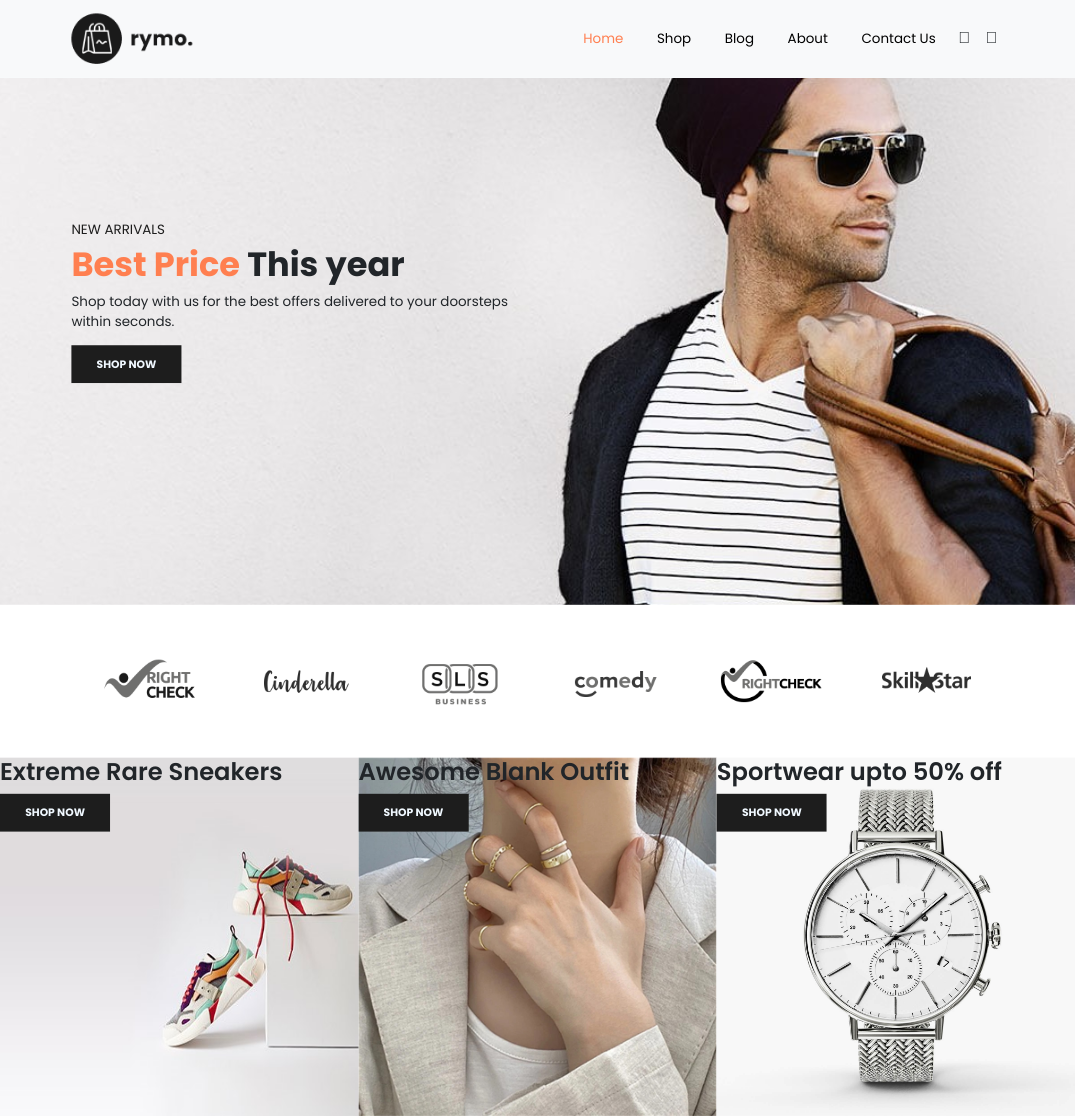
Repository: peter417waweru/e-commerce-UI
Page: index.html
An editor plug-in stored every save of this project. The page is shown before and after the next save, followed by the edit.
The browser window is 1280 px wide. The pictures show the whole page, at 84% of full size.
The pointer rests on the first visible `#new .one`.
Some web libraries are served in a nearby version.

Above is the page before, as saved 2025-02-07 20:31:23.

### index.html
<!DOCTYPE html>
<html lang="en">

    <head>
        <meta charset="UTF-8">
        <meta http-equiv="X-UA-Compatible" content="IE=edge">
        <meta name="viewport" content="width=device-width, initial-scale=1.0">
        <title>Ecommerce Website1</title>

        <link rel="stylesheet" href="https://cdn.jsdelivr.net/npm/bootstrap@4.1.3/dist/css/bootstrap.min.css"
         integrity="sha384-MCw98/SFnGE8fJT3GXwEOngsV7Zt27NXFoaoApmYm81iuXoPkFOJwJ8ERdknLPMO" crossorigin="anonymous">

        <link rel="stylesheet" href="https://pro.fontawesome.com/releases/v5.10.0/css/all.css" />

        <link rel="stylesheet" href="./style.css">
    </head>

    <body>

        <nav class="navbar navbar-expand-lg navbar-light bg-light py-3 fixed-top">
            <div class="container">
              <img src="img/logo1.png" alt="">
              <button class="navbar-toggler" type="button" data-bs-toggle="collapse" data-bs-target="#navbarSupportedContent" aria-controls="navbarSupportedContent" aria-expanded="false" aria-label="Toggle navigation">
                <span><i id="bar" class="fas fa-bars"></i></span>
              </button>
              <div class="collapse navbar-collapse" id="navbarSupportedContent">
                <ul class="navbar-nav ml-auto">
                  <li class="nav-item">
                    <a class="nav-link active" aria-current="page" href="#">Home</a>
                  </li>
                  <li class="nav-item">
                    <a class="nav-link" aria-current="page" href="#">Shop</a>
                  </li>
                  <li class="nav-item">
                    <a class="nav-link" aria-current="page" href="#">Blog</a>
                  </li>
                  <li class="nav-item">
                    <a class="nav-link" aria-current="page" href="#">About</a>
                  </li>
                  <li class="nav-item">
                    <a class="nav-link" aria-current="page" href="#">Contact Us</a>
                  </li>
                  <li class="nav-item">
                    <i class="fal fa-search"></i>
                    <i class="fal fa-shopping-bag"></i>
                  </li>


                </ul>

              </div>
            </div>
        </nav>


        <section id="home">
          <div class="container">
            <h5>NEW ARRIVALS</h5>
            <h1><span>Best Price</span> This year</h1>
            <p>Shop today with us for the best offers delivered to your doorsteps <br>
               within seconds.
            </p>
            <button>Shop Now</button>
          </div>
        </section>

        <section id="brand" class="container">
          <div class="row m-0 py-5">
            <img class="img-fluid col-lg-2 col-md-4 col-sm-6" src="img/brand/1.png" alt="">
            <img class="img-fluid col-lg-2 col-md-4 col-sm-6" src="img/brand/2.png" alt="">
            <img class="img-fluid col-lg-2 col-md-4 col-sm-6" src="img/brand/3.png" alt="">
            <img class="img-fluid col-lg-2 col-md-4 col-sm-6" src="img/brand/4.png" alt="">
            <img class="img-fluid col-lg-2 col-md-4 col-sm-6" src="img/brand/5.png" alt="">
            <img class="img-fluid col-lg-2 col-md-4 col-sm-6" src="img/brand/6.png" alt="">
          </div>
        </section>

        <section id="new" class="w-100">
          <div class="row p-0 m-0">
            <div class="one col-lg-4 col-md-12 col-sm-12 p-0">
              <img class="img-fluid" src="img/new/1.jpg" alt="">
              <div class="details">
                <h2>Extreme Rare Sneakers</h2>
                <button class="text-uppercase">shop now</button>
              </div>
            </div>
            <div class="one col-lg-4 col-md-12 col-sm-12 p-0">
              <img class="img-fluid" src="img/new/5.jpg" alt="">
              <div class="details">
                <h2>Awesome Blank Outfit</h2>
                <button class="text-uppercase">shop now</button>
              </div>
            </div>
            <div class="one col-lg-4 col-md-12 col-sm-12 p-0">
              <img class="img-fluid" src="img/new/3.jpg" alt="">
              <div class="details">
                <h2>Sportwear upto 50% off</h2>
                <button class="text-uppercase">shop now</button>
              </div>
            </div>
          </div>

        </section>
        <script src="https://cdn.jsdelivr.net/npm/@popperjs/core@2.9.1/dist/umd/popper.min.js"
            integrity="sha384-SR1sx49pcuLnqZUnnPwx6FCym0wLsk5JZuNx2bPPENzswTNFaQU1RDvt3wT4gWFG"
            crossorigin="anonymous"></script>
        <script src="https://cdn.jsdelivr.net/npm/bootstrap@5.0.0-beta3/dist/js/bootstrap.min.js"
            integrity="sha384-j0CNLUeiqtyaRmlzUHCPZ+Gy5fQu0dQ6eZ/xAww941Ai1SxSY+0EQqNXNE6DZiVc"
            crossorigin="anonymous"></script>
    </body>

</html>

### style.css
@import url("https://fonts.googleapis.com/css2?family=Poppins:wght@100;200;300;400;500;600;700;800;900&display=swap");
* {
  margin: 0;
  padding: 0;
  box-sizing: border-box;
}

body {
  font-family: "Poppins", sans-serif;
}

h1 {
  font-size: 2.5rem;
  font-weight: 700;
}

h2 {
  font-size: 1.8rem;
  font-weight: 600;
}

h3 {
  font-size: 1.4rem;
  font-weight: 800;
}

h4 {
  font-size: 1.1rem;
  font-weight: 600;
}

h5 {
  font-size: 1rem;
  font-weight: 400;
  color: #1d1d1d;
}

h6 {
  color: #d8d8d8;
}

button {
  font-size: 0.8rem;
  font-weight: 700;
  outline: none;
  border: none;
  background-color: #1d1d1d;
  color: aliceblue;
  padding: 13px 30px;
  cursor: pointer;
  text-transform: uppercase;
  transition: 0.3s ease;
}

button:hover {
  background-color: #3a3833;
}

hr {
  width: 30px;
  height: 2px;

}

.navbar {
  font-size: 16px;
  background-color: #d8d8d8;
  top: 0;
  left: 0;
}

.navbar-light .navbar-nav .nav-link{
  padding: 0 20px;
  color: black;
  transition: 0.3s ease;
}

.navbar-light .navbar-nav .nav-link:hover,
.navbar i:hover,
.navbar-light .navbar-nav .nav-link.active,
.navbar i.active
{
  color: coral;
}



.navbar i{
  font-size: 1.2rem;
  padding: 0 7px;
  cursor: pointer;
  transition: 0.3s ease;
}

/* Mobile Nav*/


.navbar-light .navbar-toggler{
  border: none;
  outline: none;
}

#bar {
  font-size: 1.5rem;
  padding: 7px;
  cursor: pointer;
  font-weight: 500;
  color: black;
  transition: 0.3s ease;
}

#bar:hover,
#bar.active{
  color: #fff;
}

@media only screen and (max-width: 990px) {

  body > nav > div > button:hover ,
  body > nav > div > button:focus {
    background-color: #fb774b;
  }

  body > nav > div > button:hover #bar,
  body > nav > div > button:focus #bar {
    background-color: #fb774b;
  }

  #navbarSupportedContent > ul {
    margin: 1rem;
    justify-content: flex-end;
    align-items: flex-end;
    text-align: right;
  }

  #navbarSupportedContent > ul > li:nth-child(n) > a {
    padding: 10px 0;
  }
}


#home {
  background-image: url("img/back.jpg");
  width: 100%;
  height: 100vh;
  background-size: cover;
  background-position: top 70px center;
  display: flex;
  flex-direction: column;
  align-items: flex-start;
  justify-content: center;

}

#home span{
  color: coral;
}

#new .one img{
  width: 100%;
  height: 100%;
  background-position: center center;
  background-repeat: no-repeat;
  background-size: cover;
  position: relative;
}

#new .one .details{
  position: absolute;
  width: 100%;
  height: 10%;
  top: 0;
  left: 0;
  transition: 0.3s ease;
}

After the next save:
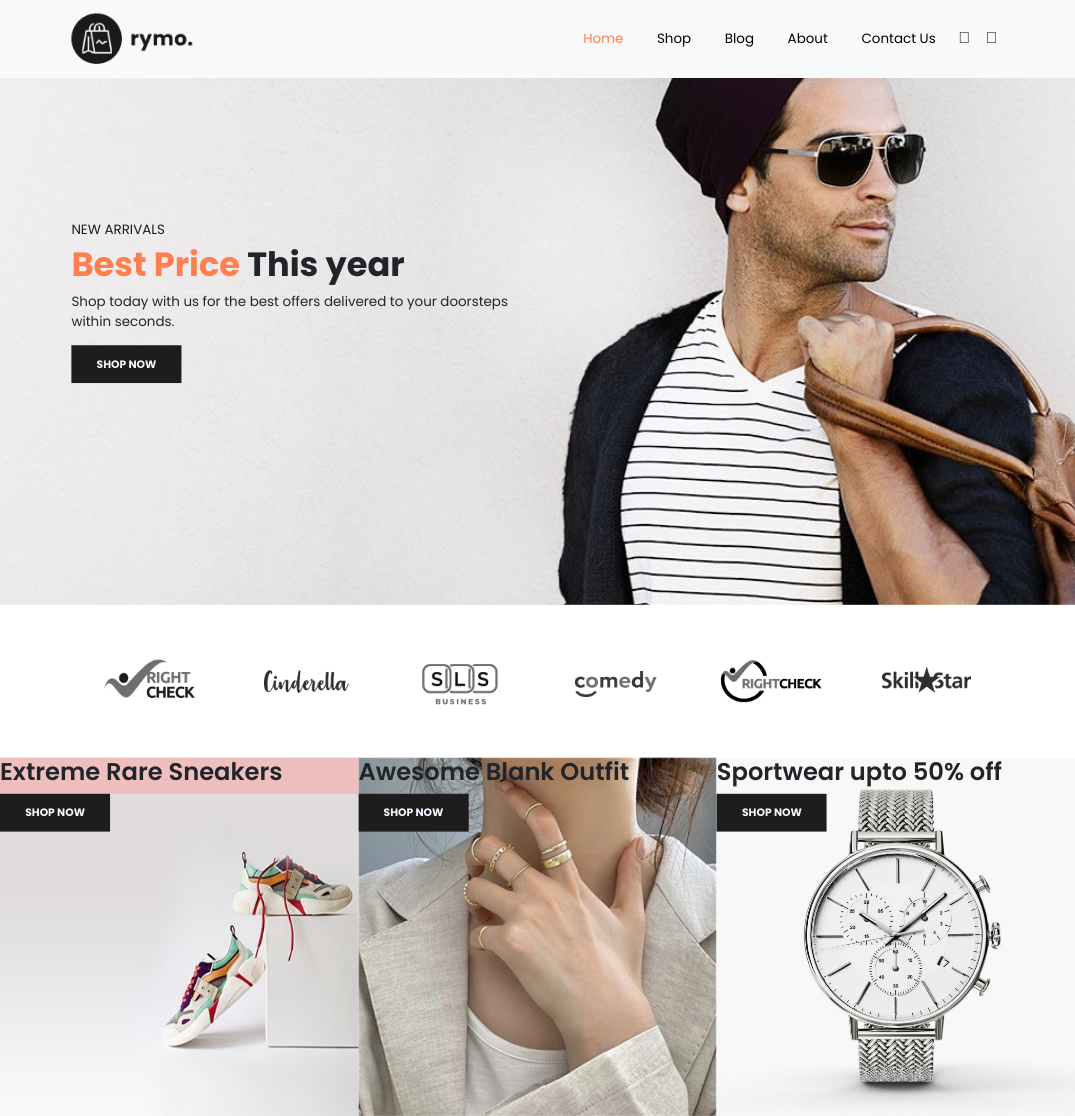
Saved 2 min 17 s later.
--- a/style.css
+++ b/style.css
@@ -173,3 +173,8 @@ hr {
   left: 0;
   transition: 0.3s ease;
 }
+
+#new .one:hover .details{
+  cursor: pointer;
+  background-color: rgba(245, 178, 178, 0.7);
+}

After the save that followed:
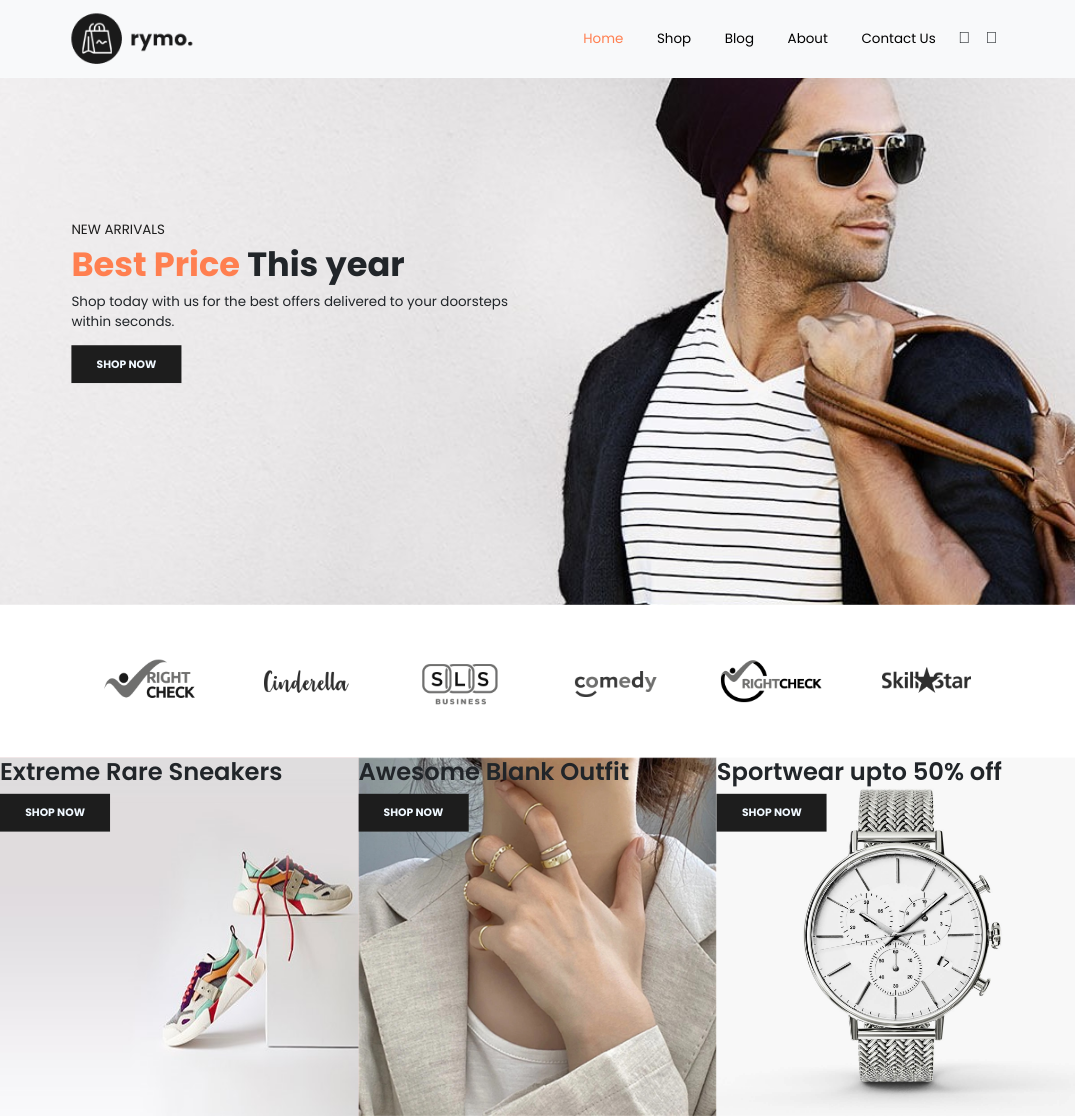
Saved 2 min 15 s later.
--- a/style.css
+++ b/style.css
@@ -174,7 +174,7 @@ hr {
   transition: 0.3s ease;
 }
 
-#new .one:hover .details{
+#new .one:hover{
   cursor: pointer;
   background-color: rgba(245, 178, 178, 0.7);
 }
